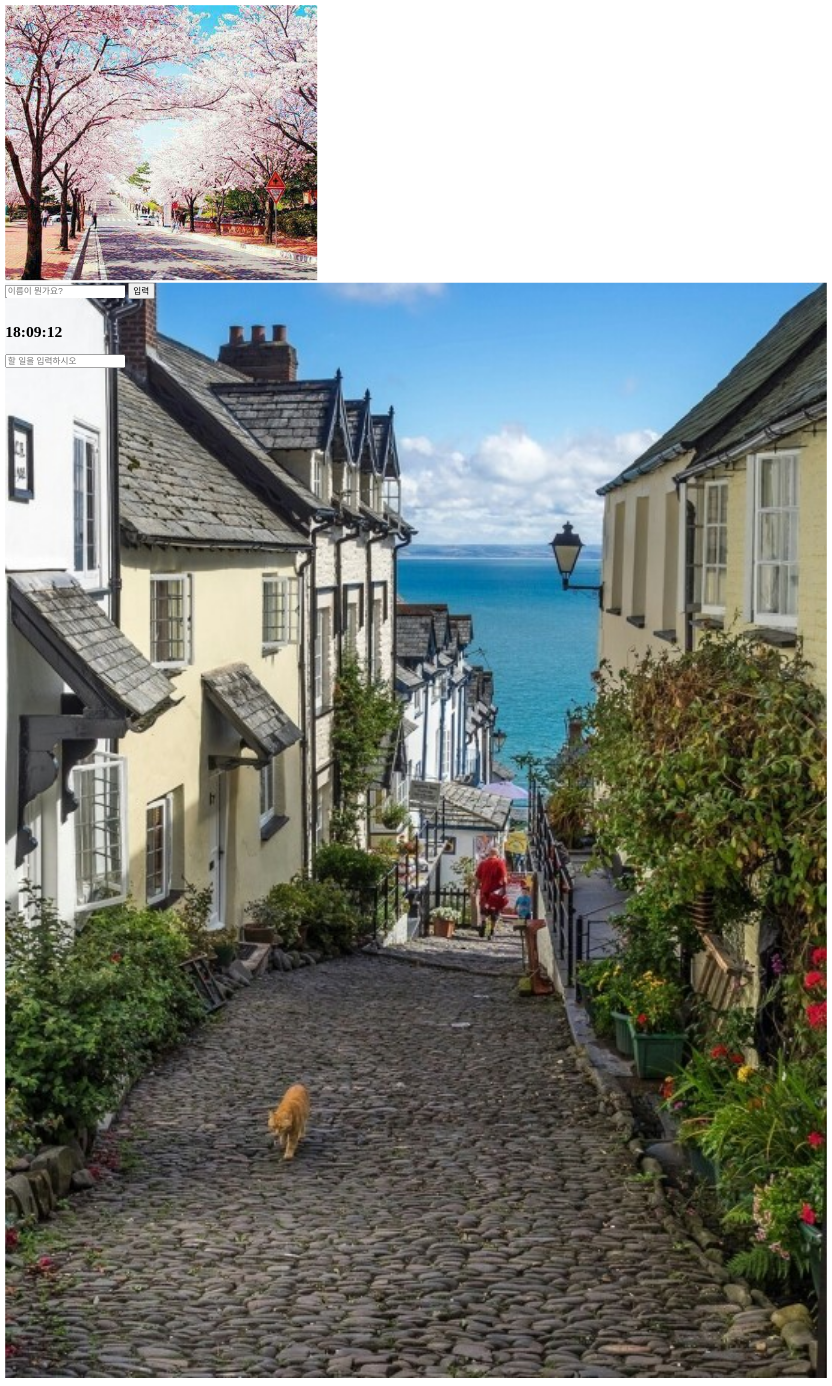
Repository: jun01270/F-E-practice
Page: index.html
An editor plug-in stored every save of this project. The page is shown before and after the next save, followed by the edit.
The browser window is 1280 px wide. The pictures show the whole page, at 65% of full size.

Above is the page before, as saved 2023-01-09 18:58:52.
Console error: TypeError: Cannot read properties of null (reading 'addEventListener')

After the next save:
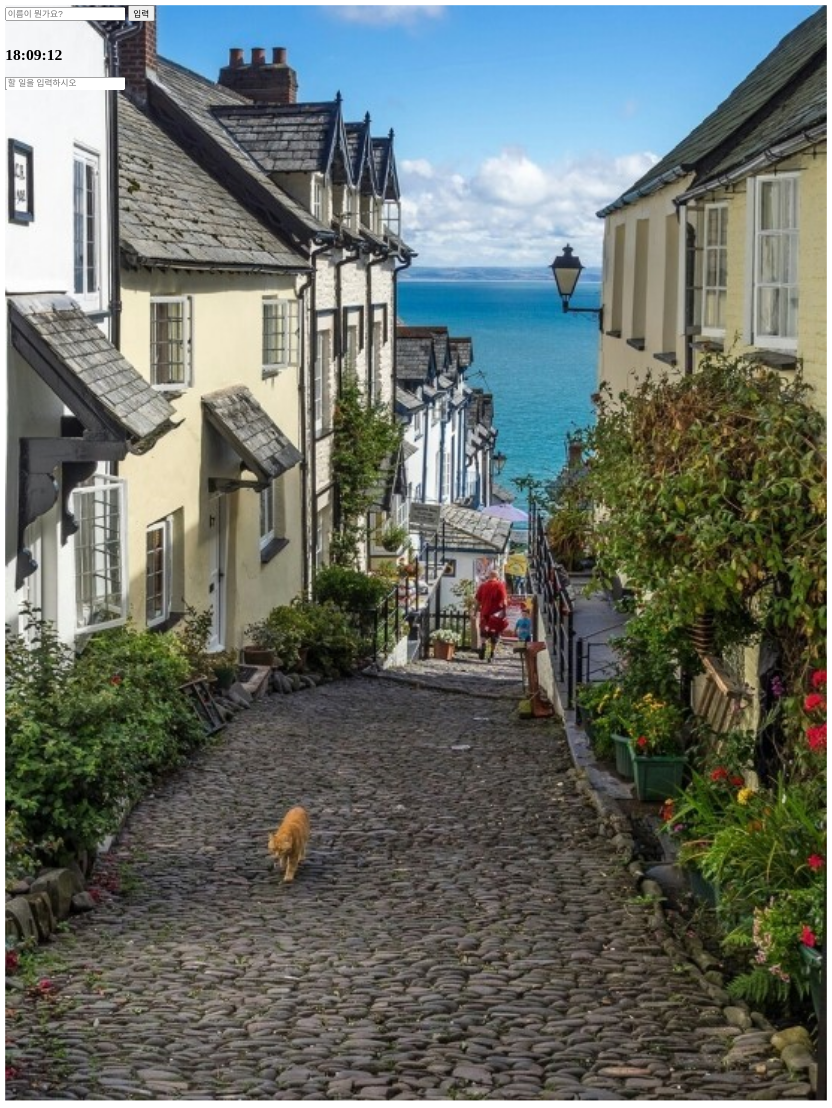
Saved 26 s later.
--- a/index.html
+++ b/index.html
@@ -7,7 +7,6 @@
     <link rel="stylesheet" href="/css/style.css" />
     <title>Document</title>
   </head>
-  <img src="/img/flower.jpg" />
   <body>
     <div id="all">
       <form id="userName-form" class="hidden">
